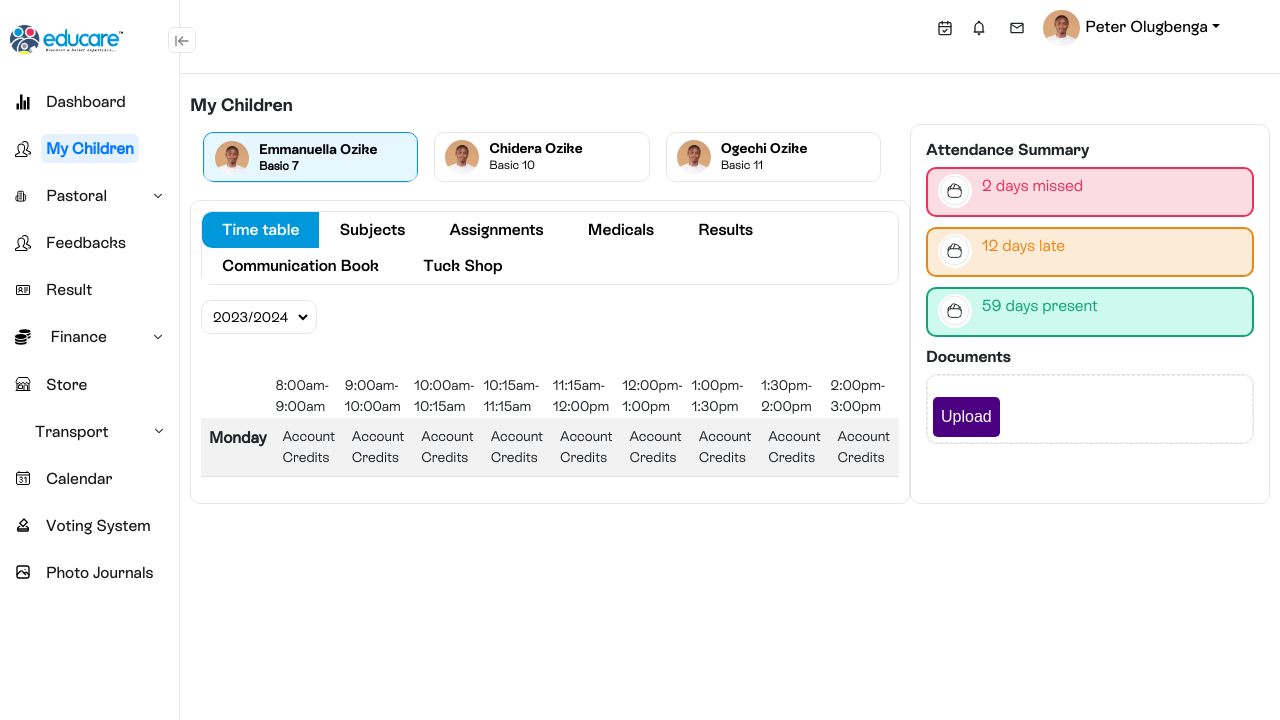
Repository: sarahnnanyelugo/educare-dashboards
Page: /my-children
These files come from the project's save history. The page is drawn as it stood at one moment and after the next save; the edit follows.
The browser window is 1280 px wide. The pictures show the whole page.
The project was rebuilt for these pictures with package versions that can differ from the ones it lists, and the page was loaded fresh each time. Also part of the build but not shown: src/Dashboards/Parents/MainView/main-view.scss, src/components/News/news.scss, src/components/News/News.js, src/TestData/newsData.js, src/TestData/schEvents.js, src/components/ResultChart/ResultChart.js, src/components/Calender/calender.scss, src/components/Calender/Calender.js and 5 more.

Above is the page before, as saved 2024-10-16 08:40:17.

After the next save:
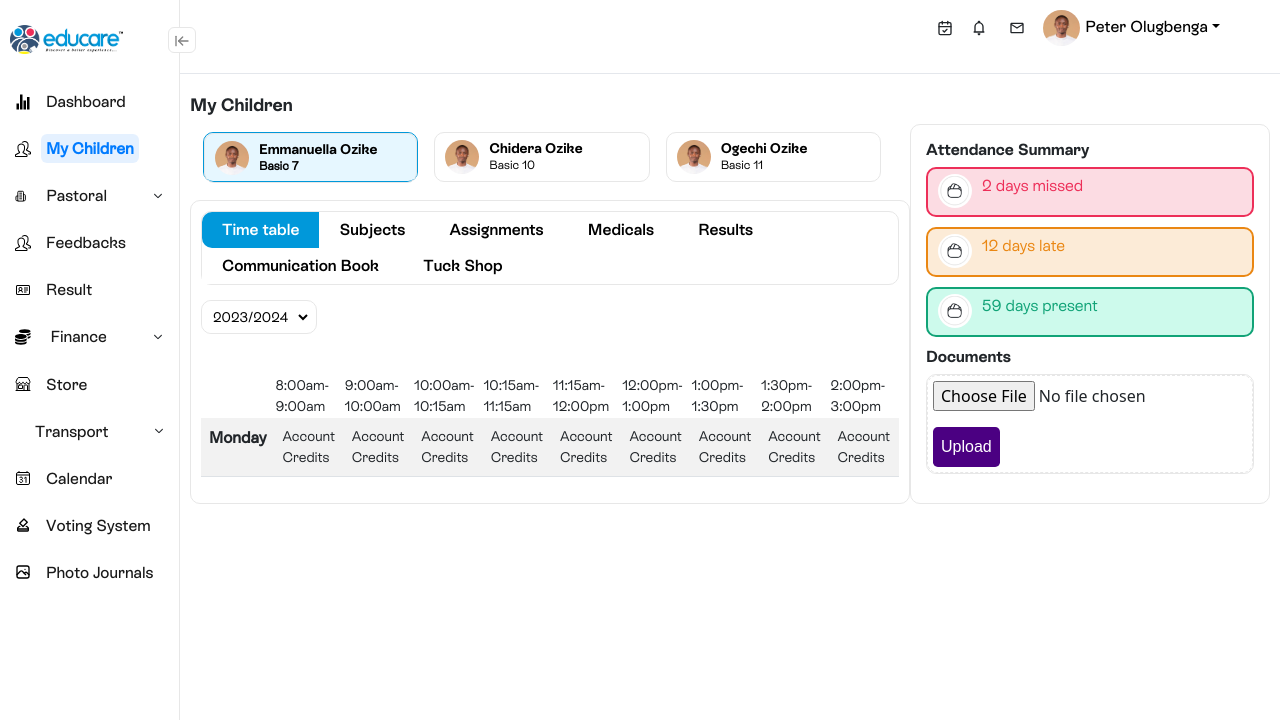
Saved 8 s later.
--- a/src/components/FIleUpload/FileUpload.js
+++ b/src/components/FIleUpload/FileUpload.js
@@ -4,7 +4,7 @@
   return (
     <>
       <div className="file-upload-div">
-        <input type="file" id="actual-btn" hidden />
+        <input type="file" id="actual-btn" />
 
         <label for="actual-btn">Upload</label>
       </div>

After the save that followed:
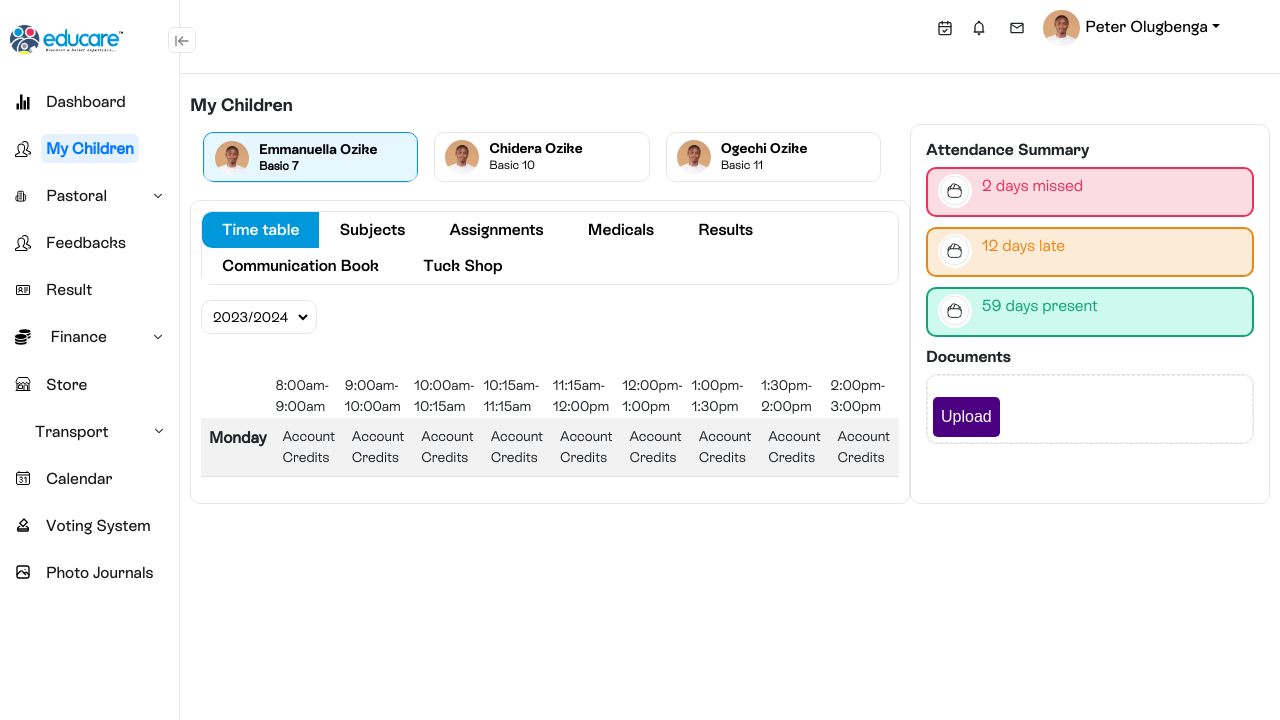
Saved 22 s later.
--- a/src/components/FIleUpload/FileUpload.js
+++ b/src/components/FIleUpload/FileUpload.js
@@ -4,7 +4,7 @@
   return (
     <>
       <div className="file-upload-div">
-        <input type="file" id="actual-btn" />
+        <input type="file" id="actual-btn" hidden />
 
         <label for="actual-btn">Upload</label>
       </div>
